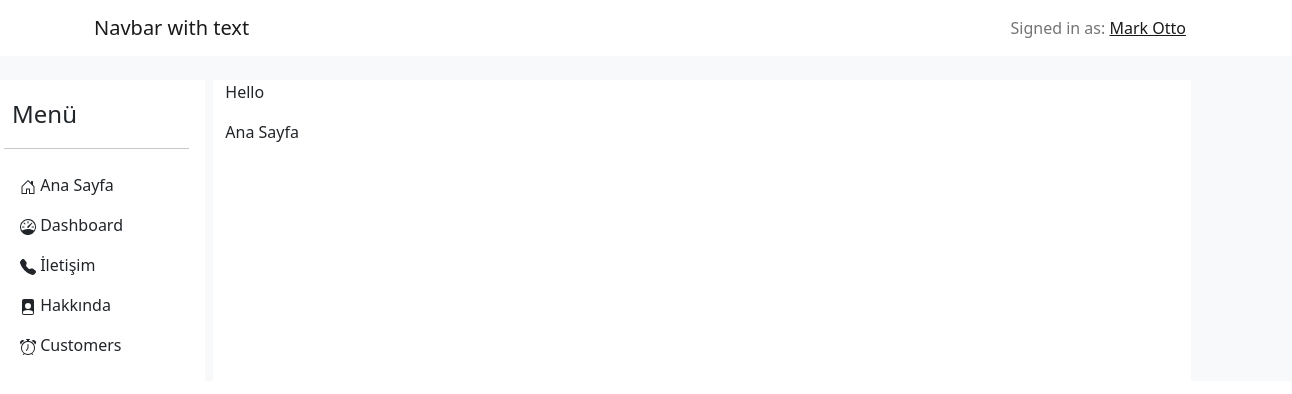
Repository: okankrdg/ReactCoreTemplate
Page: / (app in ReactCoreTemplate/client/)
The author's editor kept a copy of each file at every save. The page is drawn from the files as they stood at one save, then again after the next save.
The browser window is 1280 px wide. The page is 1292 px wide, so the pictures cover 1292 px, including what lies to the right of the window. The pictures show the whole page.
The project was rebuilt for these pictures with package versions that can differ from the ones it lists, and the page was loaded fresh each time. Also part of the build but not shown: ReactCoreTemplate/client/src/App.css.

Above is the page before, as saved 2021-09-06 23:16:01.

### ReactCoreTemplate/client/src/App.js
import "./App.css";
import Layout from "./components/Layout";
import { Route, Switch } from "react-router-dom";
import { About, Dashboard, Home, Contact } from "./Pages/NavLinkComps";
function App() {
  return (
    <Layout>
      <div className="col-md-9 bg-white mx-2">
        <p>Hello</p>
        <Switch>
          <Route path="/about">
            <About />
          </Route>
          <Route path="/dashboard">
            <Dashboard />
          </Route>
          <Route exact path="/">
            <Home />
          </Route>
          <Route path="/contact">
            <Contact />
          </Route>
        </Switch>
      </div>
    </Layout>
  );
}

export default App;

### ReactCoreTemplate/client/src/components/Layout.js
import Header from "./Header";
import NavigationMenu from "./NavigationMenu";
import "../dist/bootstrap/bootstrap.min.css";
const Layout = ({ children }) => {
  return (
    <div className="row" style={{ backgroundColor: "#f8f9fa" }}>
      <Header />
      <NavigationMenu />
      {children}
    </div>
  );
};
export default Layout;

### ReactCoreTemplate/client/src/Pages/NavLinkComps.js
const Home = () => {
  return <p>Ana Sayfa</p>;
};
const Dashboard = () => {
  return <p>Dashboard</p>;
};
const About = () => {
  return <p>Hakkında</p>;
};
const Contact = () => {
  return <p>İletişim</p>;
};
export { Home, Dashboard, About, Contact };

### ReactCoreTemplate/client/src/components/Header.js
import { Navbar, Container } from "react-bootstrap";
const Header = () => {
  return (
    <Navbar className="mb-4 bg-white">
      <Container>
        <Navbar.Brand href="#home">Navbar with text</Navbar.Brand>
        <Navbar.Toggle />
        <Navbar.Collapse className="justify-content-end">
          <Navbar.Text>
            Signed in as: <a href="#login">Mark Otto</a>
          </Navbar.Text>
        </Navbar.Collapse>
      </Container>
    </Navbar>
  );
};
export default Header;

### ReactCoreTemplate/client/src/components/NavigationMenu.js
import * as Icon from "react-bootstrap-icons";
import { Link } from "react-router-dom";
const NavigationMenu = () => {
  return (
    <div className="d-flex flex-column p-3 bg-white col-md-2">
      <a
        href="/"
        className="d-flex align-items-center mx-2 link-dark text-decoration-none"
      >
        <span className="fs-4">Menü</span>
      </a>
      <hr></hr>
      <ul className="nav nav-pills flex-column mb-auto">
        <li className="nav-item">
          <Link to="/" className="text-decoration-none">
            <button className="nav-link link-dark">
              <Icon.HouseDoor /> Ana Sayfa
            </button>
          </Link>
        </li>
        <li>
          <Link to="/dashboard" className="text-decoration-none">
            <button className="nav-link link-dark">
              <Icon.Speedometer /> Dashboard
            </button>
          </Link>
        </li>
        <li>
          <Link to="/contact" className="text-decoration-none">
            <button className="nav-link link-dark">
              <Icon.TelephoneFill /> İletişim
            </button>
          </Link>
        </li>
        <li>
          <Link to="/about" className="text-decoration-none">
            <button className="nav-link link-dark">
              <Icon.FilePersonFill /> Hakkında
            </button>
          </Link>
        </li>
        <li>
          <Link to="/" className="text-decoration-none">
            <button className="nav-link link-dark">
              <Icon.Alarm /> Customers
            </button>
          </Link>
        </li>
      </ul>
    </div>
  );
};
export default NavigationMenu;

Loaded but not shown: ReactCoreTemplate/client/public/index.html (common file); ReactCoreTemplate/client/src/index.js (common file); ReactCoreTemplate/client/src/index.css (common file); ReactCoreTemplate/client/src/dist/bootstrap/bootstrap.min.css (library); ReactCoreTemplate/client/src/App.css (no copy from this time; the picture is the same without it)

After the next save:
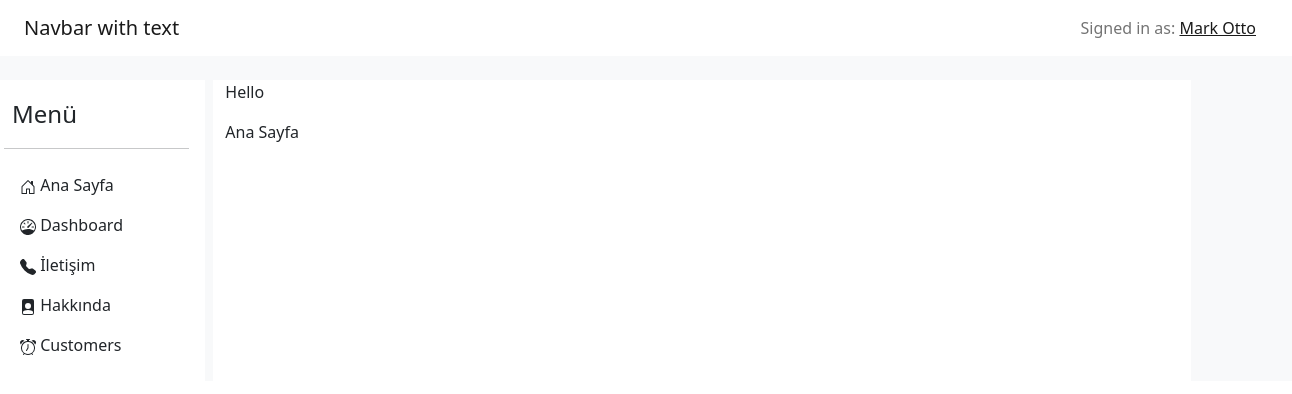
Saved 119 s later.
--- a/ReactCoreTemplate/client/src/components/Header.js
+++ b/ReactCoreTemplate/client/src/components/Header.js
@@ -2,7 +2,7 @@ import { Navbar, Container } from "react-bootstrap";
 const Header = () => {
   return (
     <Navbar className="mb-4 bg-white">
-      <Container>
+      <Container fluid>
         <Navbar.Brand href="#home">Navbar with text</Navbar.Brand>
         <Navbar.Toggle />
         <Navbar.Collapse className="justify-content-end">
